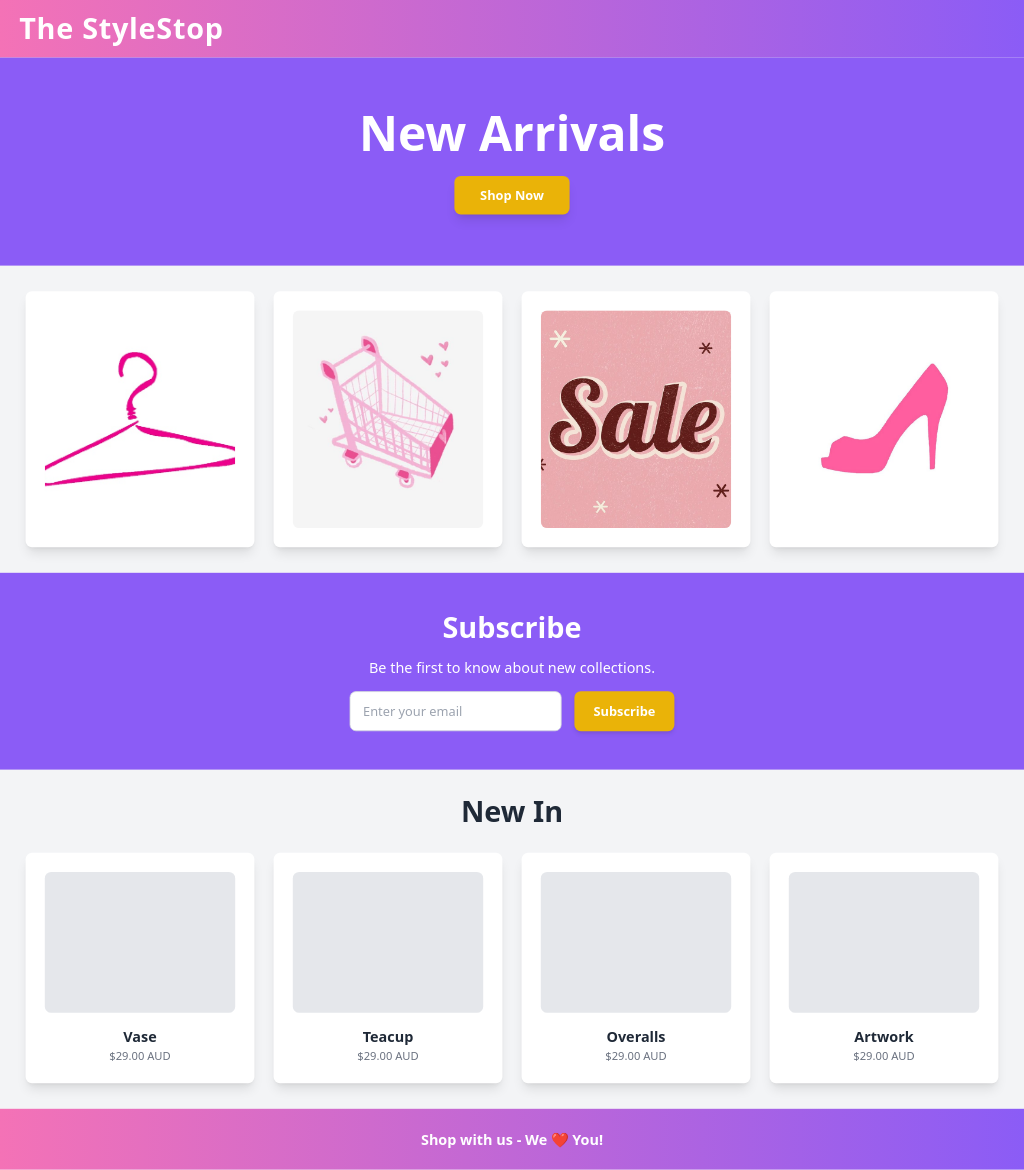
Repository: prathyushaa5/BuyYours
Page: / (app in Frontend/)
The author's editor kept a copy of each file at every save. The page is drawn from the files as they stood at one save, then again after the next save.
The browser window is 1280 px wide. The pictures show the whole page, at 80% of full size.
The project was rebuilt for these pictures with package versions that can differ from the ones it lists, and the page was loaded fresh each time. Also part of the build but not shown: Frontend/vite.config.js, Frontend/src/components/Login.jsx, Frontend/src/components/Signup.jsx, Frontend/src/components/Home.jsx.

Above is the page before, as saved 2025-02-13 18:07:06.

After the next save:
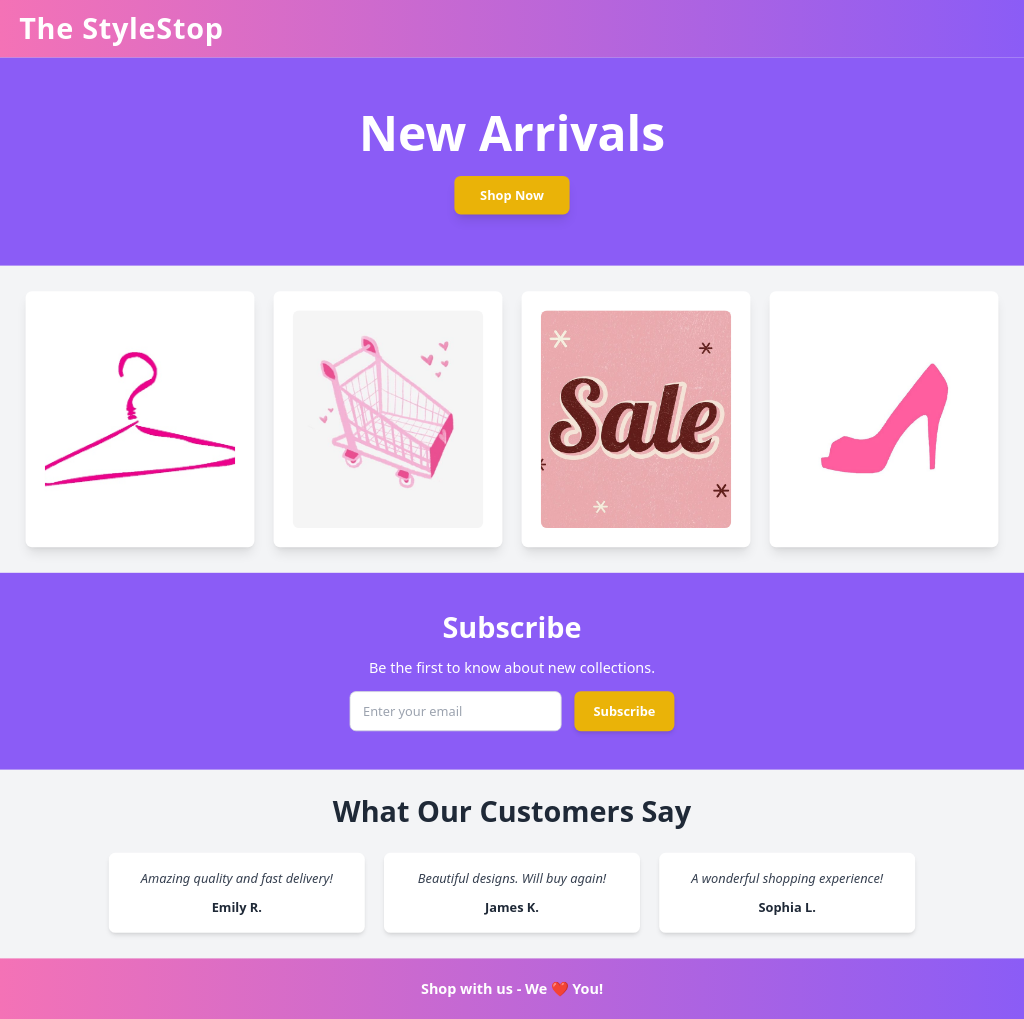
Saved 3 min 43 s later.
--- a/Frontend/src/components/Main.jsx
+++ b/Frontend/src/components/Main.jsx
@@ -47,19 +47,22 @@ export default function MainPage() {
         </div>
       </section>
 
-      {/* Products */}
       <section className="p-8">
-        <h3 className="text-4xl font-bold text-center mb-8">New In</h3>
-        <div className="grid grid-cols-2 md:grid-cols-4 gap-6">
-          {["Vase", "Teacup", "Overalls", "Artwork"].map((product, index) => (
-            <div key={index} className="bg-white p-6 rounded-lg shadow-lg text-center transition-transform transform hover:scale-105">
-              <div className="bg-gray-200 h-44 rounded-lg mb-4"></div>
-              <p className="font-bold text-lg">{product}</p>
-              <p className="text-gray-500 text-sm">$29.00 AUD</p>
-            </div>
-          ))}
-        </div>
-      </section>
+  <h3 className="text-4xl font-bold text-center mb-8 text-primary">What Our Customers Say</h3>
+  <div className="flex flex-wrap justify-center gap-6">
+    {[
+      { name: "Emily R.", text: "Amazing quality and fast delivery!" },
+      { name: "James K.", text: "Beautiful designs. Will buy again!" },
+      { name: "Sophia L.", text: "A wonderful shopping experience!" },
+    ].map((review, index) => (
+      <div key={index} className="bg-white p-5 rounded-lg shadow-md w-80 text-center hover:shadow-xl transition-shadow">
+        <p className="italic text-gray-700">{review.text}</p>
+        <p className="font-semibold mt-3">{review.name}</p>
+      </div>
+    ))}
+  </div>
+</section>
+
 
       {/* Footer */}
       <footer className="bg-gradient-to-r from-pink-400 to-violet-500 text-center py-6 text-white font-bold text-lg">
